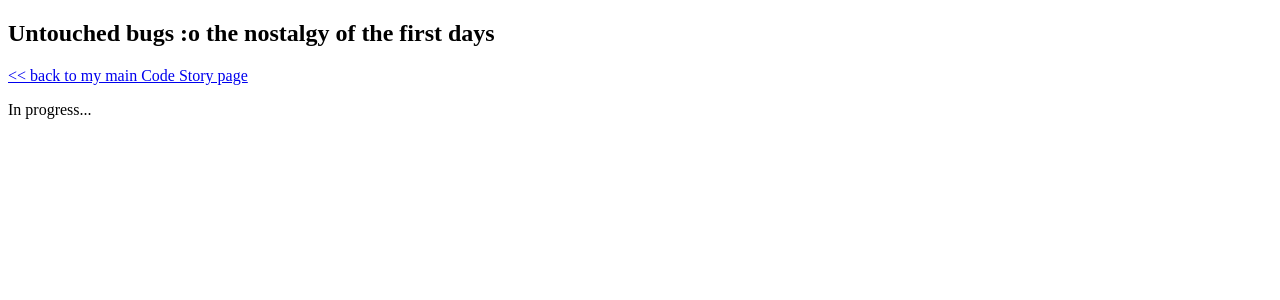
Repository: cicomsa/myCodeStory
Page: untouchedBugs.html
An editor plug-in stored every save of this project. The page is shown before and after a run of saves, followed by the edit.
The browser window is 1280 px wide. The pictures show the whole page.

Above is the page before, as saved 2018-05-28 19:31:10.

### untouchedBugs.html
<!DOCTYPE html>

<html>

  <head>
    <title>^Untouched bugs^</title>
  </head>
  <body>
    <h2>Untouched bugs :o the nostalgy of the first days</h2>
  </body>
  <footer>
    <p><a href ='./myCodeStory.html'><< back to my main Code Story page</a></p>
    <p>In progress...</p>
  </footer>
</html>

After the next 4 saves:
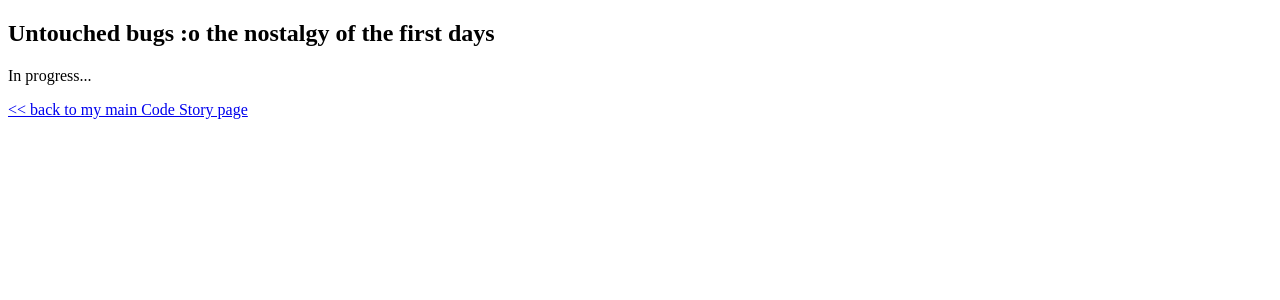
The 4 saves are shown as one change because they came seconds apart.
The last was saved 20 s later.
--- a/untouchedBugs.html
+++ b/untouchedBugs.html
@@ -9,7 +9,7 @@
     <h2>Untouched bugs :o the nostalgy of the first days</h2>
   </body>
   <footer>
+    <p>In progress...</p>
     <p><a href ='./myCodeStory.html'><< back to my main Code Story page</a></p>
-    <p>In progress...</p>
   </footer>
 </html>
